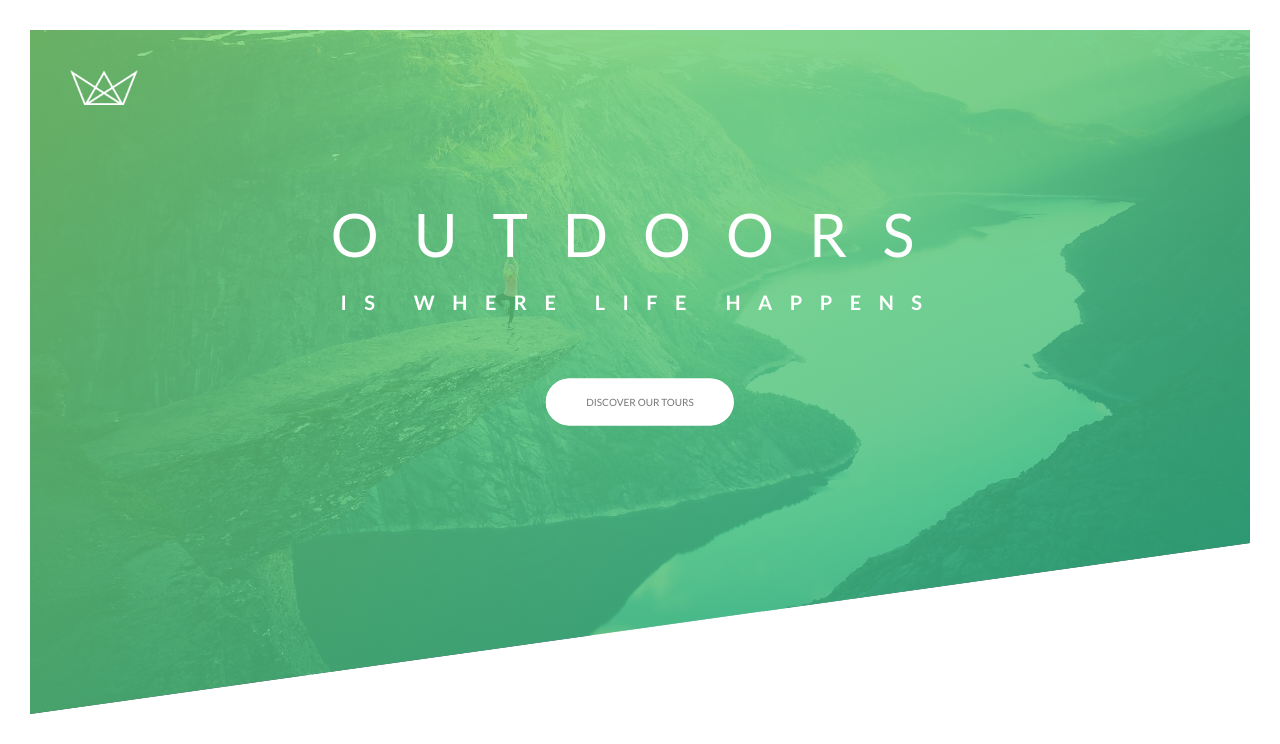
Repository: taivuong95/natours-fe
Page: index.html
These files come from the project's save history. The page is drawn as it stood at one moment and after the next save; the edit follows.
The browser window is 1280 px wide. The pictures show the whole page.

Above is the page before, as saved 2020-12-09 18:07:43.

After the next save:
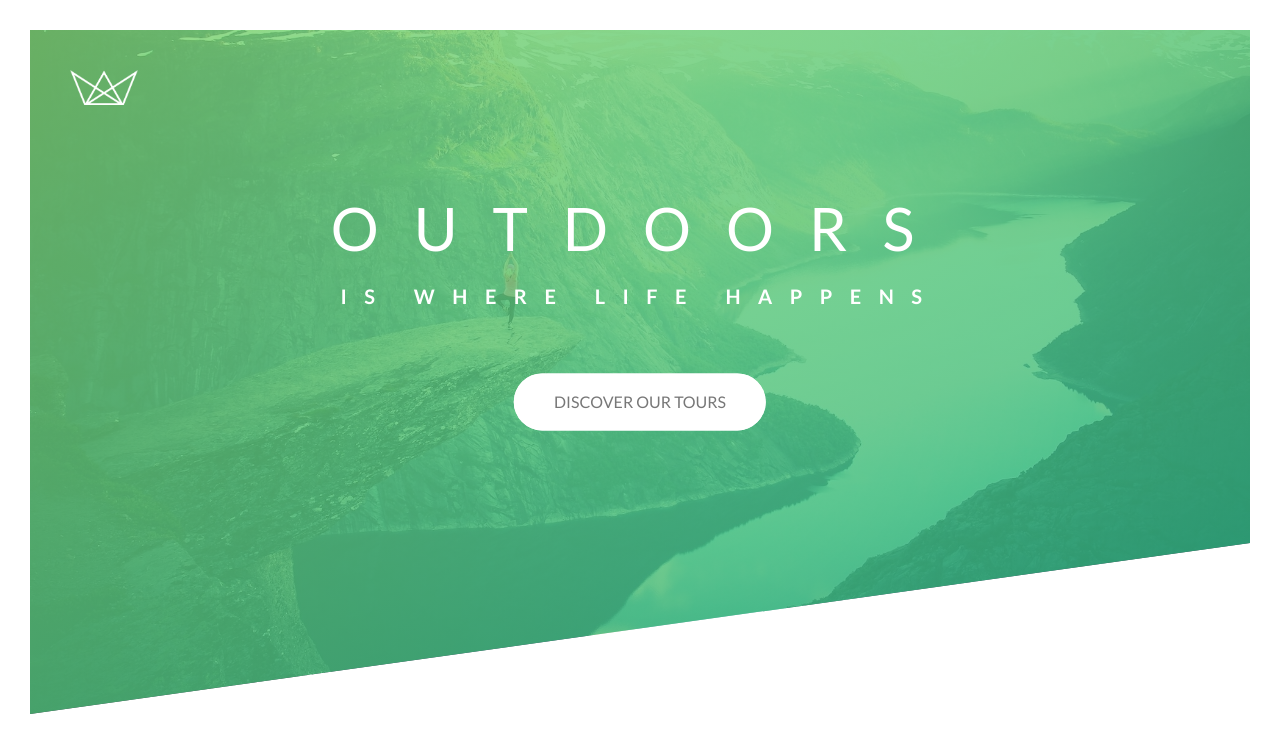
Saved 26 s later.
--- a/css/style.css
+++ b/css/style.css
@@ -138,6 +138,7 @@ body {
   border-radius: 10rem;
   transition: all 0.2s;
   position: relative;
+  font-size: 1.6rem;
 }
 
 .btn:hover {
